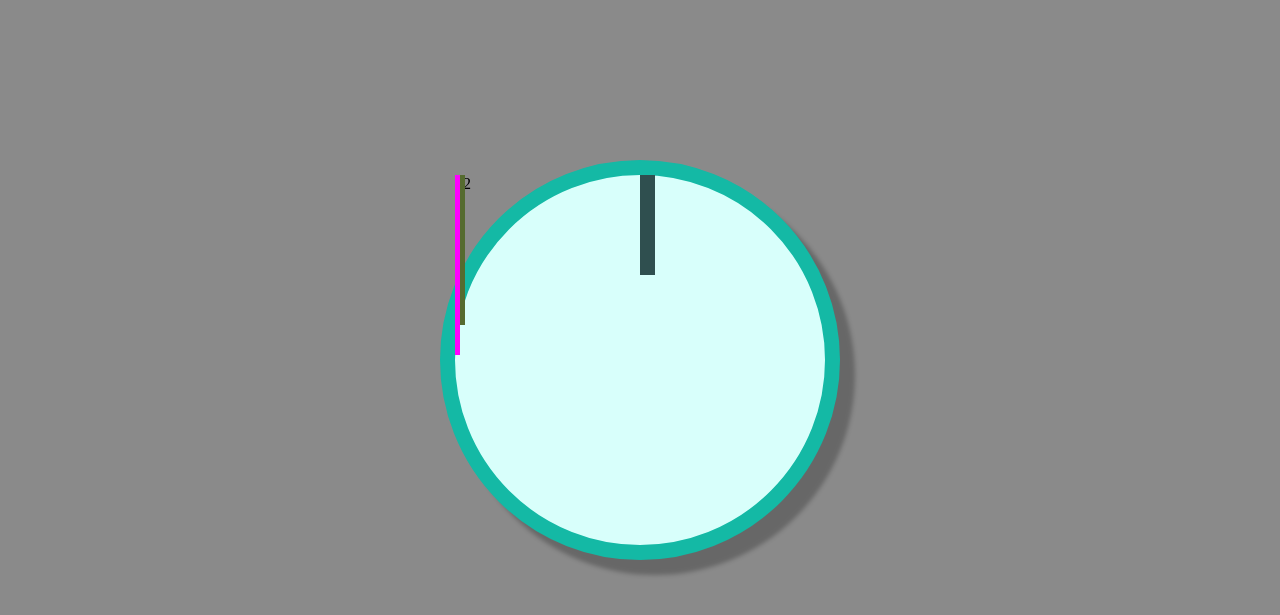
Repository: ChenWarren/web-clock
Page: index.html
An editor plug-in stored every save of this project. The page is shown before and after a run of saves, followed by the edit.
The browser window is 1280 px wide. The pictures show the whole page.

Above is the page before, as saved 2021-03-18 20:53:32.

### index.html
<!DOCTYPE html>
<html lang="en">
<head>
    <meta charset="UTF-8">
    <meta http-equiv="X-UA-Compatible" content="IE=edge">
    <meta name="viewport" content="width=device-width, initial-scale=1.0">
    <link rel="stylesheet" href="main.css">
    <title>Clock</title>
</head>
<body>
    <main class="clock">
        <div class="hour"></div>
        <div class="minute"></div>
        <div class="second"></div>

        <div class="number">
            <div class="num_1">12</div>
        </div>
        <div class="number">
            <div class="num_3">3</div>
        </div>
        <div class="number">
            <div class="num_1">6</div>
        </div>
        <div class="number">
            <div class="num_1">9</div>
        </div>

        <div class="dot"></div>
        <div class="dot"></div>
        <div class="dot"></div>
        <div class="dot"></div>
        <div class="dot"></div>
        <div class="dot"></div>
        <div class="dot"></div>
        <div class="dot"></div>
    </main>

    <script src="clock.js"></script>

</body>
</html>

### main.css
* {
    margin: 0;
    padding: 0;
    box-sizing: border-box;
}

body {
    background-color: rgb(138, 138, 138);
    display: flex;
    justify-content: center;
    align-items: center;
    width: 100vw;
    height: 100vh;
    overflow: hidden;
}

.clock {
    width: 400px;
    height: 400px;
    border-radius: 50%;
    background: #d8fffb;
    border: 15px solid #14B9A5;
    box-sizing: border-box;
    box-shadow: 15px 15px 4px rgba(0, 0, 0, 0.25);
    position: relative;
}

.hour {
    width: 15px;
    height: 100px;
    background-color:  darkslategray;
    position: absolute;
    left: 50%;
}

.minute {
    width: 10px;
    height: 150px;
    background-color:darkolivegreen;
    position: absolute;
}

.second {
    width: 5px;
    height: 180px;
    background-color: fuchsia;
    position: absolute;
}

Loaded but not shown: clock.js (no copy from this time; the picture is the same without it)

After the next 2 saves:
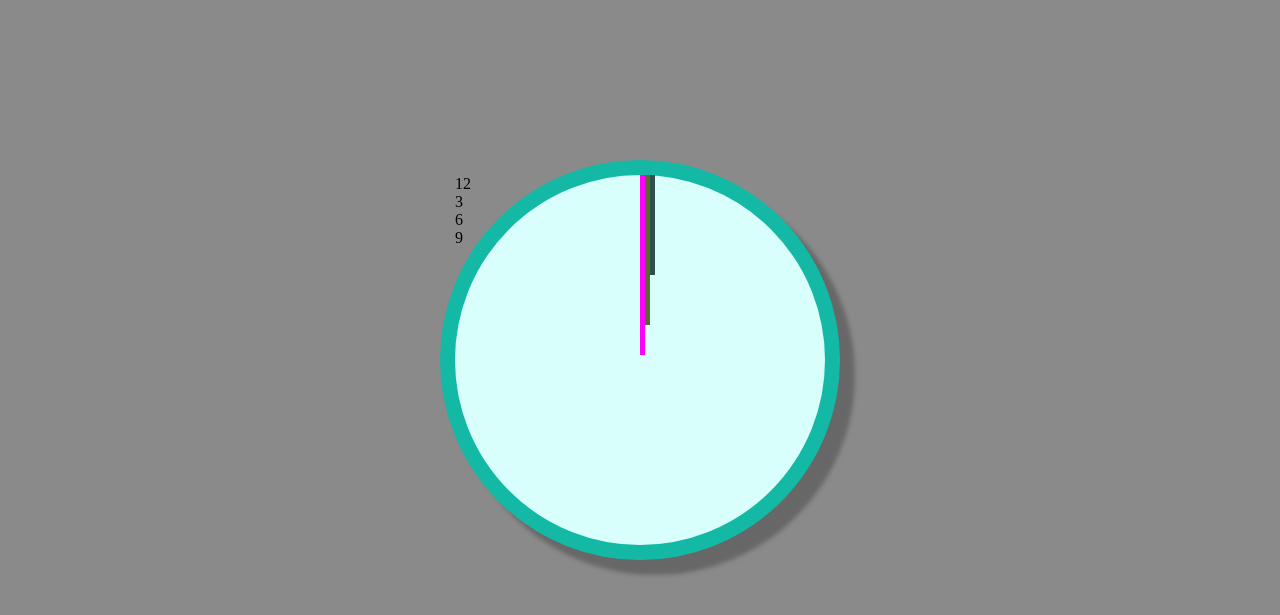
The 2 saves are shown as one change because they came seconds apart.
The last was saved 16 s later.
--- a/main.css
+++ b/main.css
@@ -38,6 +38,7 @@ body {
     height: 150px;
     background-color:darkolivegreen;
     position: absolute;
+    left: 50%;
 }
 
 .second {
@@ -45,4 +46,5 @@ body {
     height: 180px;
     background-color: fuchsia;
     position: absolute;
+    left: 50%;
 }
